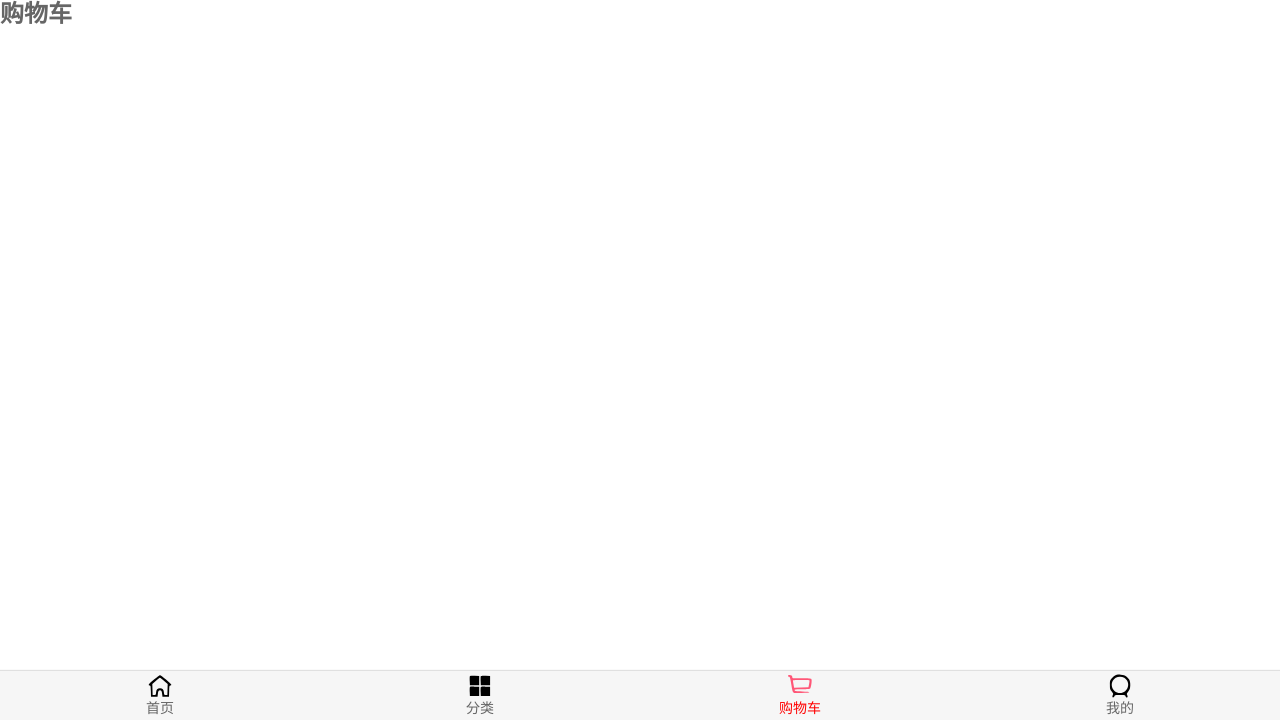
Repository: shihaowengit/mall
Page: /cart
These files come from the project's save history. The page is drawn as it stood at one moment and after the next save; the edit follows.
The browser window is 1280 px wide. The pictures show the whole page.
The project was rebuilt for these pictures with package versions that can differ from the ones it lists, and the page was loaded fresh each time. Also part of the build but not shown: vue.config.js.

Above is the page before, as saved 2019-12-01 21:29:18.

After the next save:
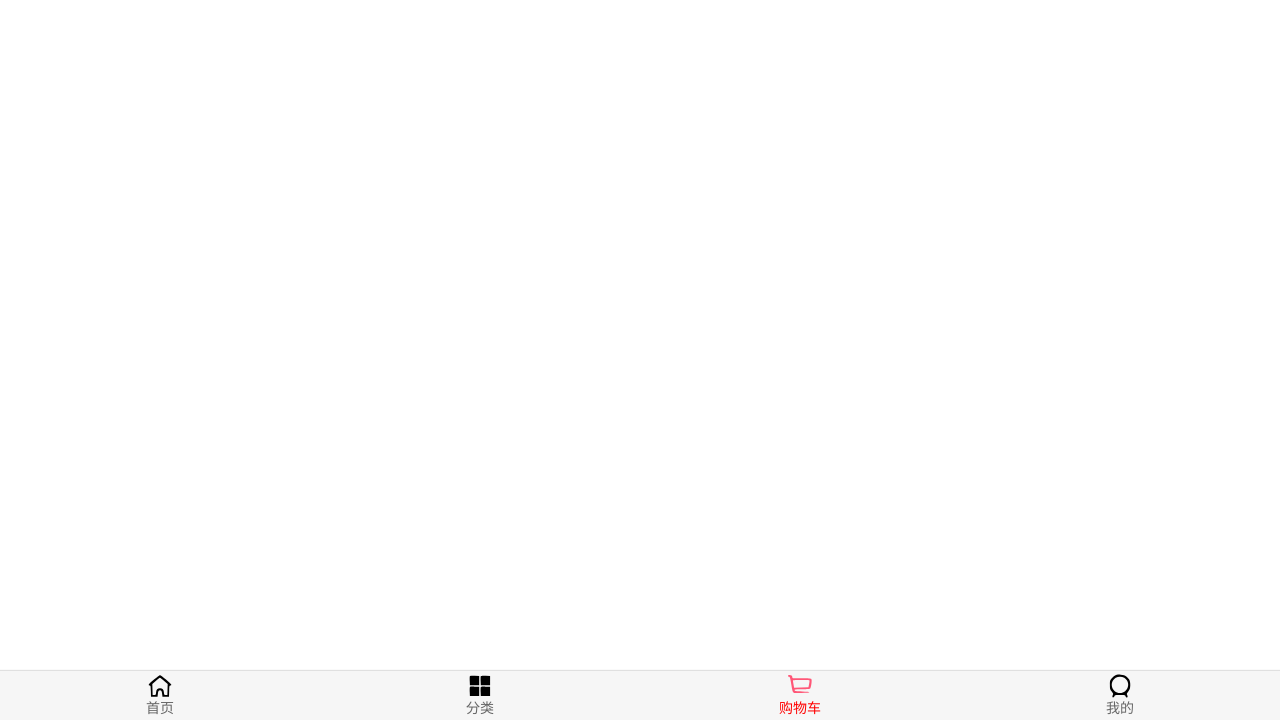
Saved 13 min 32 s later.
--- a/src/views/cart/Cart.vue
+++ b/src/views/cart/Cart.vue
@@ -1,5 +1,7 @@
 <template>
-  <h2>购物车</h2>
+  <div class="cart">
+
+  </div>
 </template>
 
 <script>
